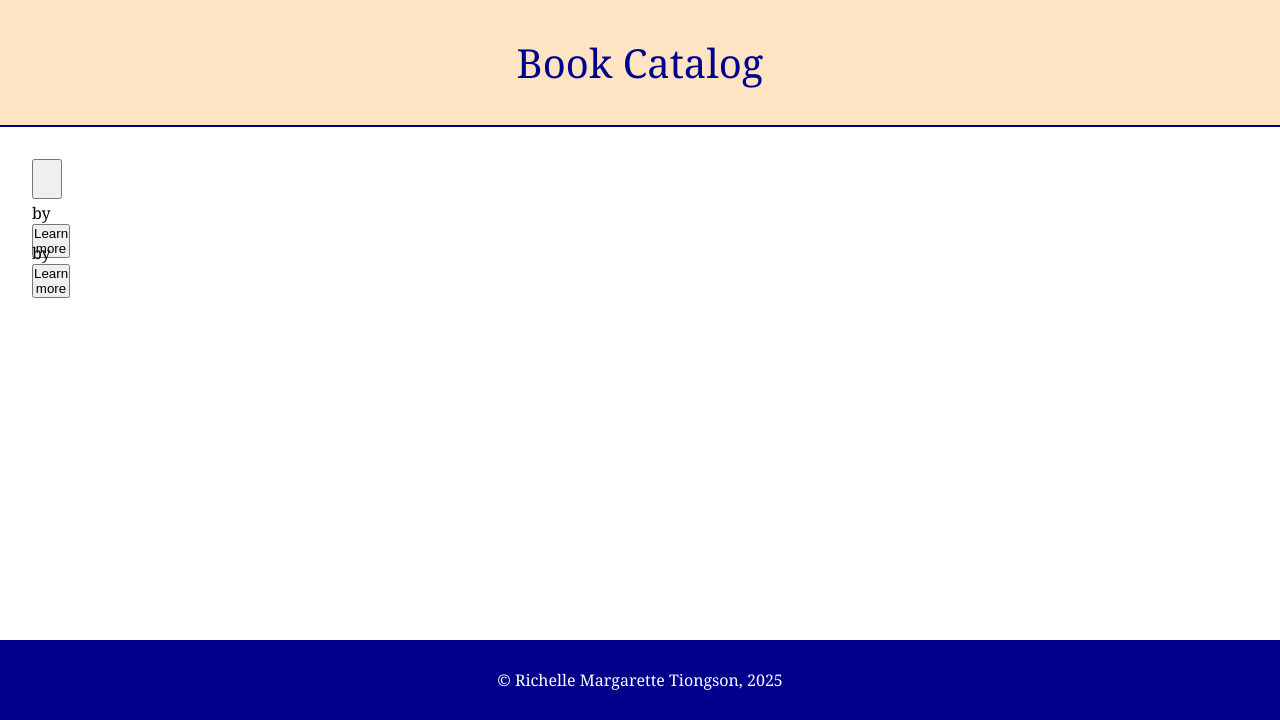
Repository: richelletiongson/comp3170_lab01
Page: /
An editor plug-in stored every save of this project. The page is shown before and after the next save, followed by the edit.
The browser window is 1280 px wide. The pictures show the whole page.
The project was rebuilt for these pictures with package versions that can differ from the ones it lists, and the page was loaded fresh each time. Also part of the build but not shown: vite.config.js.

Above is the page before, as saved 2025-09-13 23:57:31.

### index.html
<!doctype html>
<html lang="en">
  <head>
    <meta charset="UTF-8" />
    <link rel="stylesheet" href="src/index.css"/>
    <meta name="viewport" content="width=device-width, initial-scale=1.0" />
    <title>Book Catalog</title>
  </head>
  <body>
    <div id="root"></div>
    <script type="module" src="/src/main.jsx"></script>
  </body>
</html>

### src/index.css
* {
  margin: 0;
  padding: 0;
}

body {
  font-family: 'Georgia', 'Times New Roman', serif;
  height: 100vh;
  display: flex;
  flex-direction: column;
}

.app {
  display: flex;
  flex-direction: column;
  min-height: 100vh;
}

.header {
  background-color: bisque;
  height: 125px;
  display: flex;
  align-items: center;
  justify-content: center;
  border-bottom: 2px solid darkblue;
}

.header-title {
  color: darkblue;
  font-size: 2.5rem;
  font-weight: normal;
  text-align: center;
  margin: 0;
}

.book {
  height:40px;
  width:30px;
}

.new {
  height:40px;
  width:30px;
}

.main-content {
  flex: 1;
  background-color: #FFFFFF;
  padding: 2rem;
}

.footer {
  background-color: darkblue;
  height: 80px;
  display: flex;
  align-items: center;
  justify-content: center;
}

.footer-text {
  color: #FFFFFF;
  font-size: 1rem;
  margin: 0;
  text-align: center;
}

### src/App.jsx

import './index.css'
import Book from './Book'

function App() {
  return (
    <div className="app">
      <header className="header">
        <h1 className="header-title">Book Catalog</h1>
      </header>

      <main className="main-content">
        <button className="new"></button>
        <Book/>
        <Book/>
      </main>

      <footer className="footer">
        <p className="footer-text">© Richelle Margarette Tiongson, 2025</p>
      </footer>
    </div>
  )
}

export default App

### src/Book.jsx
import './index.css'

function Book(props) {
    return (
        <div className="book">
            <image src={props.image}></image>
            <div>
                <p>by</p>
                <p>{props.author}</p>
            </div>
            <button>Learn more</button>
        </div>
    );
}

export default Book;

Loaded but not shown: src/main.jsx (common file)

After the next save:
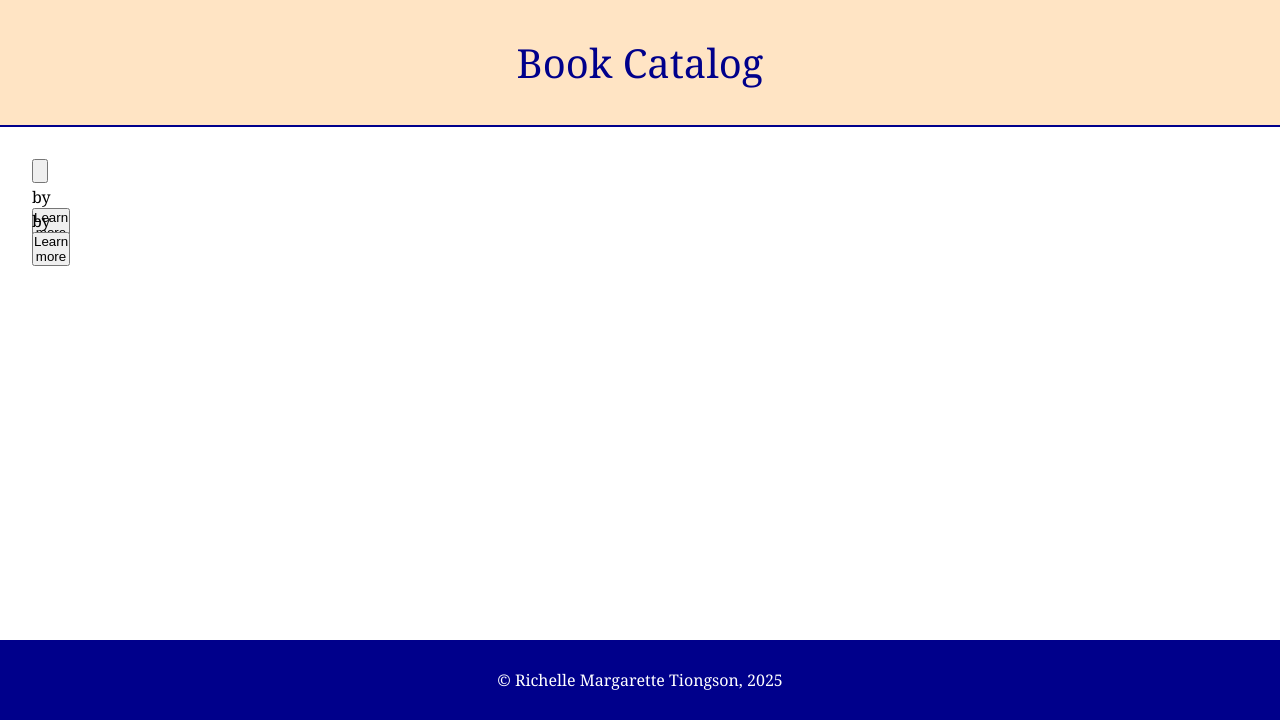
Saved 66 s later.
--- a/src/index.css
+++ b/src/index.css
@@ -34,13 +34,13 @@ body {
 }
 
 .book {
-  height:40px;
-  width:30px;
+  height:1.5rem;
+  width:1rem;
 }
 
 .new {
-  height:40px;
-  width:30px;
+  height:1.5rem;
+  width:1rem;
 }
 
 .main-content {
